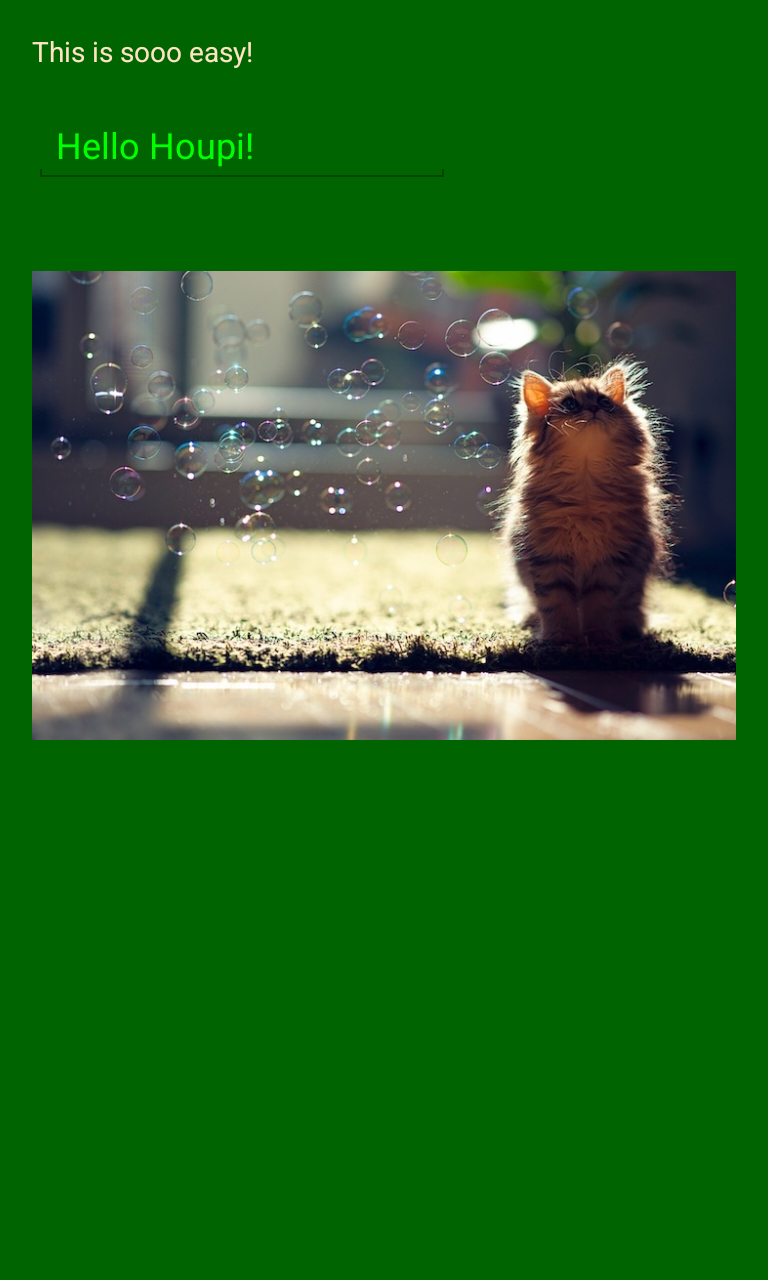
Repository: wzbbbb/bkp_home
Layout: java/Droid1/res/layout/activity_droid.xml
An editor plug-in stored every save of this project. The layout is shown before and after the next save, followed by the edit.
It is drawn on a 768 x 1280 px phone screen (xhdpi) without system bars, with theme AppTheme; the app's code is not run.

Above is the layout before, as saved 2013-09-21 18:25:31.

### java/Droid1/res/layout/activity_droid.xml
<RelativeLayout xmlns:android="http://schemas.android.com/apk/res/android"
    xmlns:tools="http://schemas.android.com/tools"
    android:layout_width="match_parent"
    android:layout_height="match_parent"
    android:background="@color/background_color"
    android:paddingBottom="@dimen/activity_vertical_margin"
    android:paddingLeft="@dimen/activity_horizontal_margin"
    android:paddingRight="@dimen/activity_horizontal_margin"
    android:paddingTop="@dimen/activity_vertical_margin"
    tools:context=".DroidActivity" >

    <TextView
        android:id="@+id/textView1"
        android:layout_width="wrap_content"
        android:layout_height="wrap_content"
        android:text="@string/test_output"
        android:textColor="@color/app_text_color" />

    <EditText
        android:id="@+id/editText1"
        android:layout_width="wrap_content"
        android:layout_height="wrap_content"
        android:layout_alignLeft="@+id/textView1"
        android:layout_below="@+id/textView1"
        android:layout_marginTop="18dp"
        android:ems="10"
        android:text="@string/hello_world"
        android:textColor="@color/text_color_2" />

    <ImageView
        android:id="@+id/imageView1"
        android:layout_width="wrap_content"
        android:layout_height="wrap_content"
        android:layout_alignLeft="@+id/editText1"
        android:layout_below="@+id/editText1"
        android:layout_marginTop="40dp"
        android:src="@drawable/cat_bubble" />

</RelativeLayout>

### java/Droid1/res/values/colors.xml
<?xml version="1.0" encoding="utf-8"?>
<resources>
    <color name="background_color">#006400</color>
    <color name="app_text_color">#FFE4C4</color>
    <color name="text_color_2">#00FF00</color>

</resources>

### java/Droid1/res/values/dimens.xml
<resources>

    <!-- Default screen margins, per the Android Design guidelines. -->
    <dimen name="activity_horizontal_margin">16dp</dimen>
    <dimen name="activity_vertical_margin">16dp</dimen><dimen name="text_size">22pt</dimen>


</resources>

### java/Droid1/res/values/strings.xml
<?xml version="1.0" encoding="utf-8"?>
<resources>

    <string name="app_name">Droid #1</string>
    <string name="action_settings">Settings</string>
    <string name="hello_world">Hello Houpi!</string>
    <string name="test_output">This is sooo easy!</string>

</resources>

Loaded but not shown: java/Droid1/res/values/styles.xml (common file); java/Droid1/res/values-v11/styles.xml (common file); java/Droid1/res/values-v14/styles.xml (common file)

After the next save:
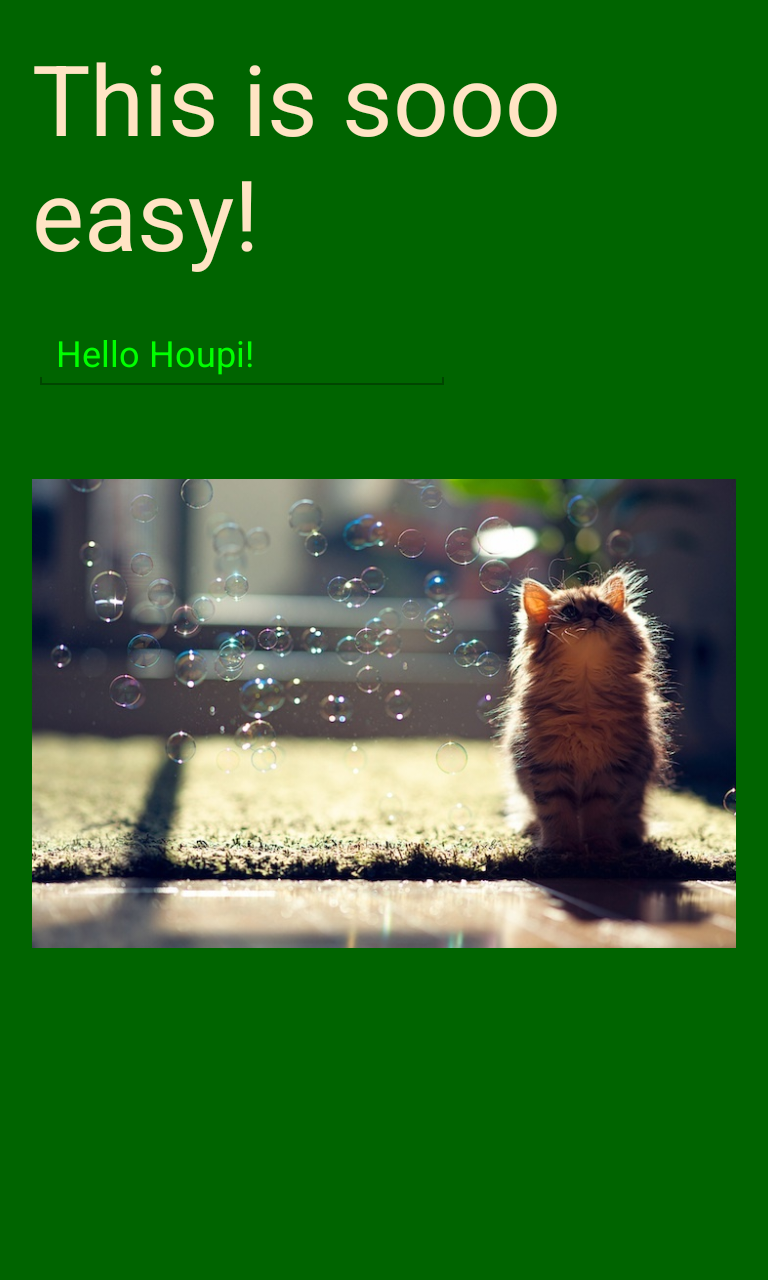
Saved 29 s later.
--- a/java/Droid1/res/layout/activity_droid.xml
+++ b/java/Droid1/res/layout/activity_droid.xml
@@ -14,7 +14,8 @@
         android:layout_width="wrap_content"
         android:layout_height="wrap_content"
         android:text="@string/test_output"
-        android:textColor="@color/app_text_color" />
+        android:textColor="@color/app_text_color"
+        android:textSize="@dimen/text_size" />
 
     <EditText
         android:id="@+id/editText1"
